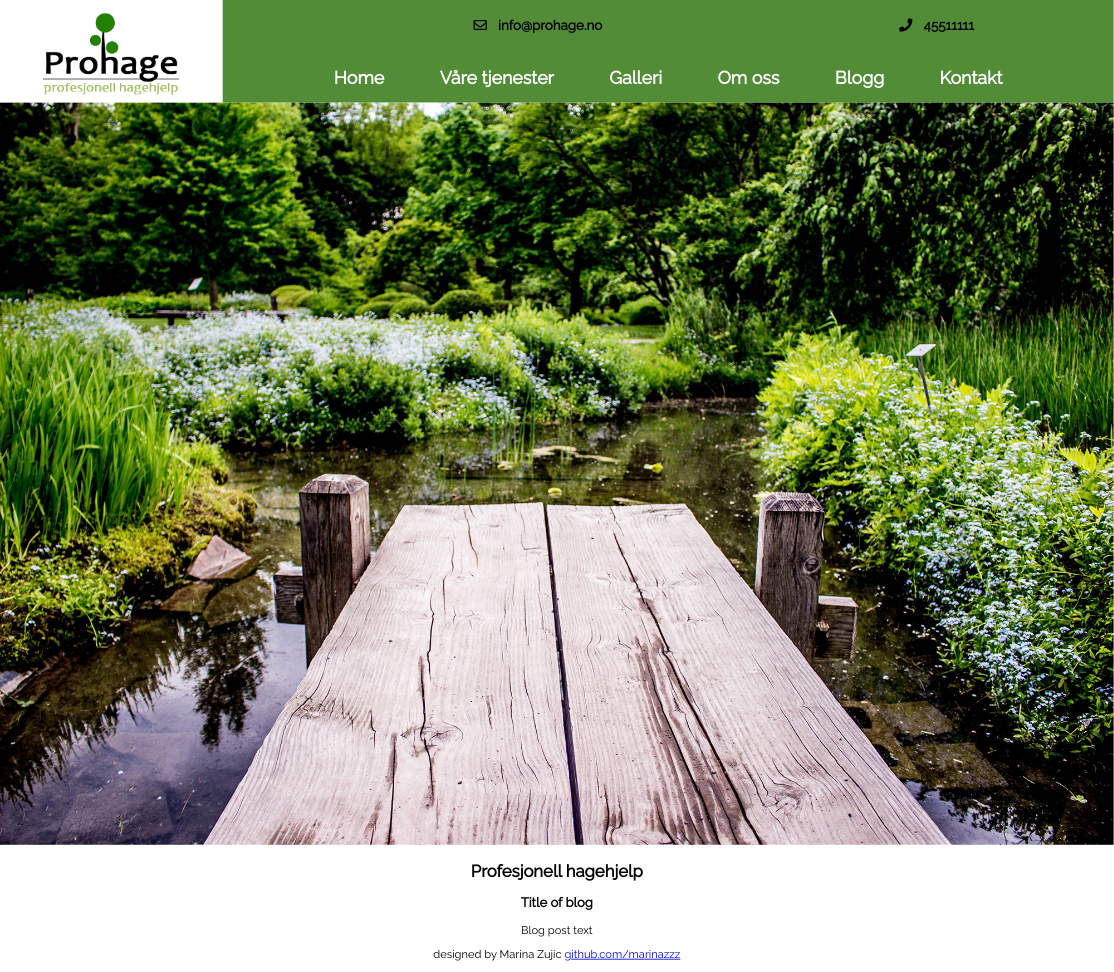
Repository: marinazzz/garden-design-website
Page: Garden design website/index.html
These files come from the project's save history. The page is drawn as it stood at one moment and after the next save; the edit follows.
The browser window is 1280 px wide. The pictures show the whole page, at 87% of full size.

Above is the page before, as saved 2020-03-27 14:43:38.

After the next save:
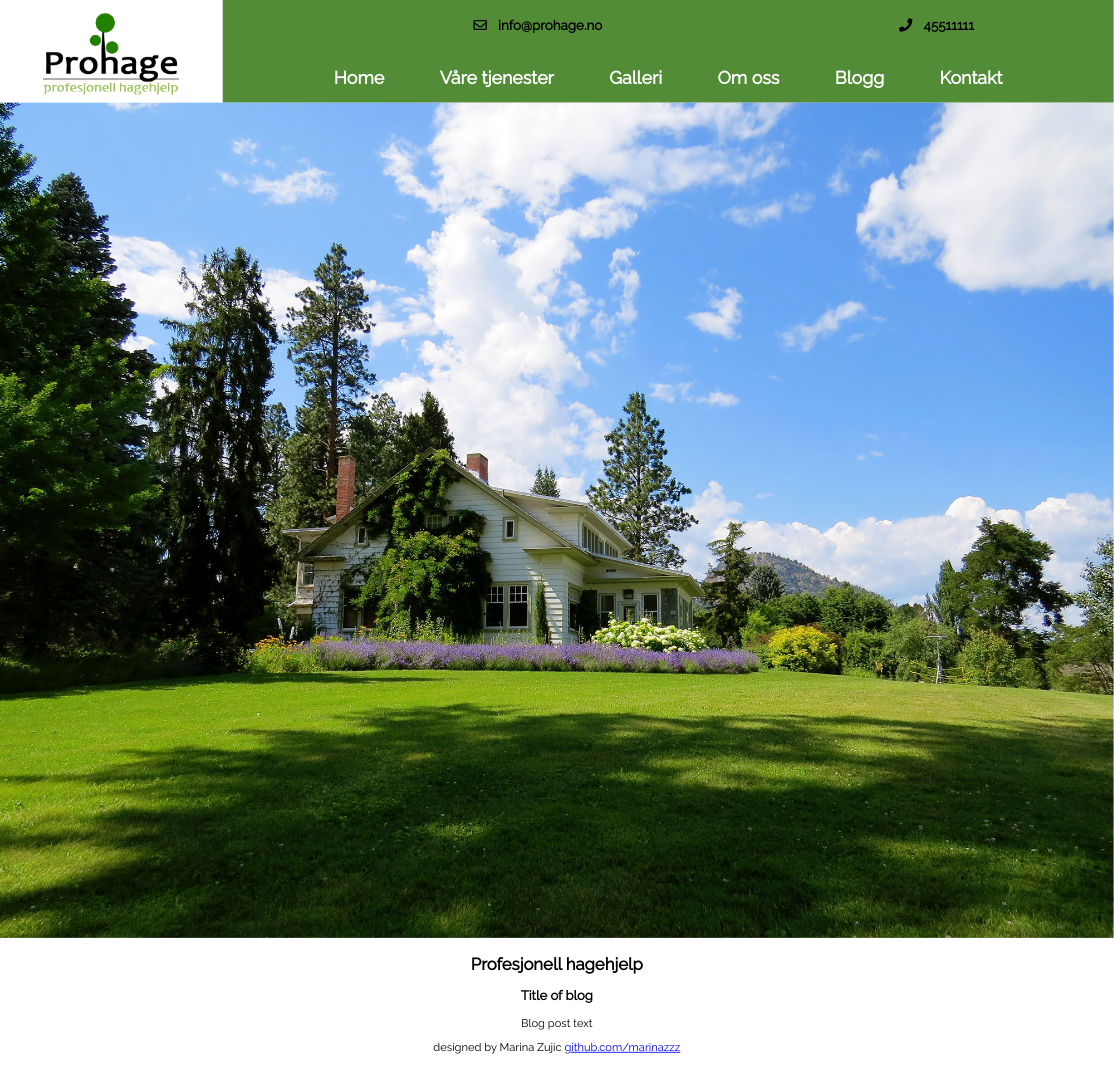
Saved 9 min 32 s later.
--- a/Garden design website/index.html
+++ b/Garden design website/index.html
@@ -53,10 +53,10 @@
         </div>
         <section class="main-photo">
             <img class="main-photo__item"
-                 srcset="images/main-header-photo-2000.jpg 2000w,
-                         images/main-header-photo-1000.jpg 1000w"
+                 srcset="images/architecture-clouds-daylight-2000.jpg 2000w,
+                 images/architecture-clouds-daylight-1000.jpg 1000w"
                  sizes="(min-width: 1440px) 1440px, 100vw"
-                 src="images/main-header-photo-1000.jpg" alt="Garden" >
+                 src="images/architecture-clouds-daylight-1000.jpg" alt="Garden" >
             <h1 class="main-photo__title">Profesjonell hagehjelp</h1>
         </section>
      </header>
